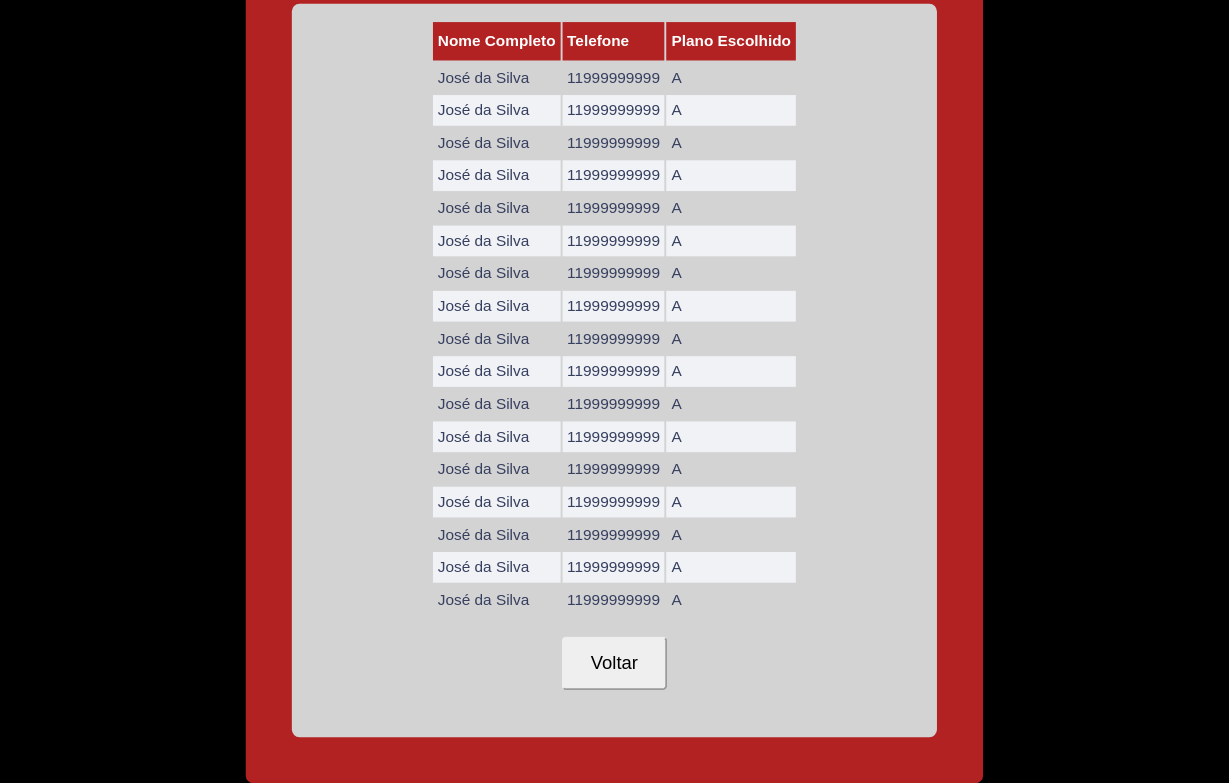
Repository: samantaProspero/projeto_integrador
Page: Versão Atual/PI_Vanila/clientes.html
An editor plug-in stored every save of this project. The page is shown before and after the next save, followed by the edit.
The browser window is 1280 px wide. The pictures show the whole page, at 96% of full size.

Above is the page before, as saved 2021-11-06 15:13:01.

### Versão Atual/PI_Vanila/clientes.html
<!DOCTYPE html>
<html lang="pt-BR">
<head>
  <meta charset="UTF-8">
  <meta http-equiv="X-UA-Compatible" content="IE=edge">
  <meta name="viewport" content="width=device-width, initial-scale=1.0">
  <link rel="stylesheet" type="text/css" href="_css/global.css">
  <link rel="stylesheet" type="text/css" href="_css/clientes.css">
  <title>D Lions</title>
</head>
<body id="clientes-container">
  <section class="clientes-content">
    <p>CLIENTES</p>
    <nav class="clientes-painel">
      <div class="clientes-lista">

        <div class="area-clientes">
          <table>
            <thead>
              <th>Nome Completo</th>
              <th>Telefone</th>
              <th>Plano Escolhido</th>
            </thead>
            <tbody>
              <tr>
                <td>José da Silva</td>
                <td>11999999999</td>
                <td>A</td>
              </tr>
              <tr>
                <td>José da Silva</td>
                <td>11999999999</td>
                <td>A</td>
              </tr>
              <tr>
                <td>José da Silva</td>
                <td>11999999999</td>
                <td>A</td>
              </tr>
              <tr>
                <td>José da Silva</td>
                <td>11999999999</td>
                <td>A</td>
              </tr>
              <tr>
                <td>José da Silva</td>
                <td>11999999999</td>
                <td>A</td>
              </tr>
              <tr>
                <td>José da Silva</td>
                <td>11999999999</td>
                <td>A</td>
              </tr>
              <tr>
                <td>José da Silva</td>
                <td>11999999999</td>
                <td>A</td>
              </tr>
              <tr>
                <td>José da Silva</td>
                <td>11999999999</td>
                <td>A</td>
              </tr>
              <tr>
                <td>José da Silva</td>
                <td>11999999999</td>
                <td>A</td>
              </tr>
              <tr>
                <td>José da Silva</td>
                <td>11999999999</td>
                <td>A</td>
              </tr>
              <tr>
                <td>José da Silva</td>
                <td>11999999999</td>
                <td>A</td>
              </tr>
              <tr>
                <td>José da Silva</td>
                <td>11999999999</td>
                <td>A</td>
              </tr>
              <tr>
                <td>José da Silva</td>
                <td>11999999999</td>
                <td>A</td>
              </tr>
              <tr>
                <td>José da Silva</td>
                <td>11999999999</td>
                <td>A</td>
              </tr>
              <tr>
                <td>José da Silva</td>
                <td>11999999999</td>
                <td>A</td>
              </tr>
              <tr>
                <td>José da Silva</td>
                <td>11999999999</td>
                <td>A</td>
              </tr>
              <tr>
                <td>José da Silva</td>
                <td>11999999999</td>
                <td>A</td>
              </tr>
              <!-- <tr>
                <td>José da Silva</td>
                <td>11999999999</td>
                <td>A</td>
              </tr>
              <tr>
                <td>José da Silva José da Silv</td>
                <td>11999999999</td>
                <td>A</td>
              </tr>
              <tr>
                <td>José da Silva</td>
                <td>11999999999</td>
                <td>A</td>
              </tr>
              <tr>
                <td>José da Silva</td>
                <td>11999999999</td>
                <td>A</td>
              </tr>
              <tr>
                <td>José da Silva</td>
                <td>11999999999</td>
                <td>A</td>
              </tr>
              <tr>
                <td>José da Silva</td>
                <td>11999999999</td>
                <td>A</td>
              </tr>
              <tr>
                <td>José da Silva</td>
                <td>11999999999</td>
                <td>A</td>
              </tr>
              <tr>
                <td>José da Silva</td>
                <td>11999999999</td>
                <td>A</td>
              </tr>
              <tr>
                <td>José da Silva</td>
                <td>11999999999</td>
                <td>A</td>
              </tr>
              <tr>
                <td>José da Silva</td>
                <td>11999999999</td>
                <td>A</td>
              </tr>
              <tr>
                <td>José da Silva</td>
                <td>11999999999</td>
                <td>A</td>
              </tr>
              <tr>
                <td>José da Silva</td>
                <td>11999999999</td>
                <td>A</td>
              </tr> -->
            </tbody>
          </table>
          <button>Voltar</button>
        </div>
      </div>
    </nav>
  </section>
</body>
</html>

### Versão Atual/PI_Vanila/_css/global.css
  :root{
    --red: #E52E4D;
    --green: #33CC95;
    --blue: #5429CC;
    --blue-light: #6933FF;
    --text-title: #363F5F;
    --text-body: #969CB2;
    --background: #f0f2f5;
    --shape: #FFFFFF;
    --primary_dark: #363F5F;
  --secondary_dark: #000000;
    --primary: #FF0000;
    --bg_home: #B22222;
    --bg_cadastro:#A52A2A;
    --icon: #6495ED;
    --bg_frame: #D3D3D3;
  }
  /* font verdana 8 bold */

  *{
    margin: 0;
    padding: 0;
    box-sizing: border-box;
  }

  /* // font-size: 16px (Desktop) */
  html{
    @media (max-width: 1080px){
      font-size: 93.75%; //15px
    }
    @media (max-width: 720px){
      font-size: 87.5%;  //14px
    }
  }
  /* //REM = 1rem = 16px */
  body{
    background: var(--secondary_dark);
    -webkit-font-smoothing: antialiased;
  }

  body, input, textarea, button {
    font-family: 'Poppins', sans-serif;
    font-weight: 400;
  }

  h1, h2, h3, h4, h5, h6, strong {
    font-weight: 600;
  }

  button {
    cursor: pointer;
  }



  /* [disabled] {
    opacity: 0.6;
    cursor: not-allowed;
  }

  .react-modal-overlay{
    background: rgba(0,0,0,0.5);
    position: fixed;

    top: 0;
    bottom: 0;
    right: 0;
    left: 0;

    display: flex;
    align-items: center;
    justify-content: center;
  }

  .react-modal-content{
    width: 100%;
    max-width: 576px;
    background: var(--background);
    padding: 3rem;
    position: relative;
    border-radius: 0.25rem;
  }

  .react-modal-close{
    position: absolute;
    right: 1.5rem;
    top: 1.5rem;
    border: 0;
    background: transparent;
    transition: 0.2s; */

    /* &:hover{
      filter: brightness(0.9)
    }
  } */

### Versão Atual/PI_Vanila/_css/clientes.css
#clientes-container {
  width: 100vw;
  height: 100vh;
  display: flex;
  flex-direction: column;
  align-items: center;
  justify-content: center;
}
.clientes-content {
  width: 60vw;
  max-width: 1000px;
  display: flex;
  flex-direction: column;
  justify-content: center;
  align-items: center;
  padding: 3rem;
  border-radius: 8px;
  background-color: var(--bg_home);
}
.clientes-content p {
  color: var(--shape);
  font-size: 1.5rem;
  text-align: center;
  padding-bottom: 1.5rem;
}
.clientes-painel {
  width: 100%;
}
.clientes-lista {
  width: 100%;
  background-color: var(--bg_frame);
  display: flex;
  justify-content: space-around;
  align-items: center;
  padding: 1.5rem;
  border-radius: 8px;

  padding-top: 0.7rem;
}

.area-clientes {
  overflow-x:auto;
  display: flex;
  /* flex: 1; */
  flex-direction: column;
  align-items: center;
  justify-content: space-between;
  padding: 5px;

}
.area-clientes table {
  width: 100%;
}
.area-clientes table th, td{
  text-align: left;
  padding: 5px;
}
.area-clientes table thead{
  background-color: var(--bg_home);
  /* opacity: 0.8; */
  height: 2.5rem;
  color: var(--shape);
}
.area-clientes tr:nth-child(even) {
  background-color: var(--background)
}
.area-clientes tr:hover {
  background-color: var(--bg_home);
  color: var(--shape);
}
.area-clientes table td{
  height: 2rem;
  color: var(--primary_dark);
}
.area-clientes  button{
  /* width: 8rem; */
  height: 3.5rem;
  font-size: 1.2rem;
  padding: 0.8rem 1.8rem;
  border-radius: 5px;
  margin: 20px;
  border-color: var(--text);
}

After the next save:
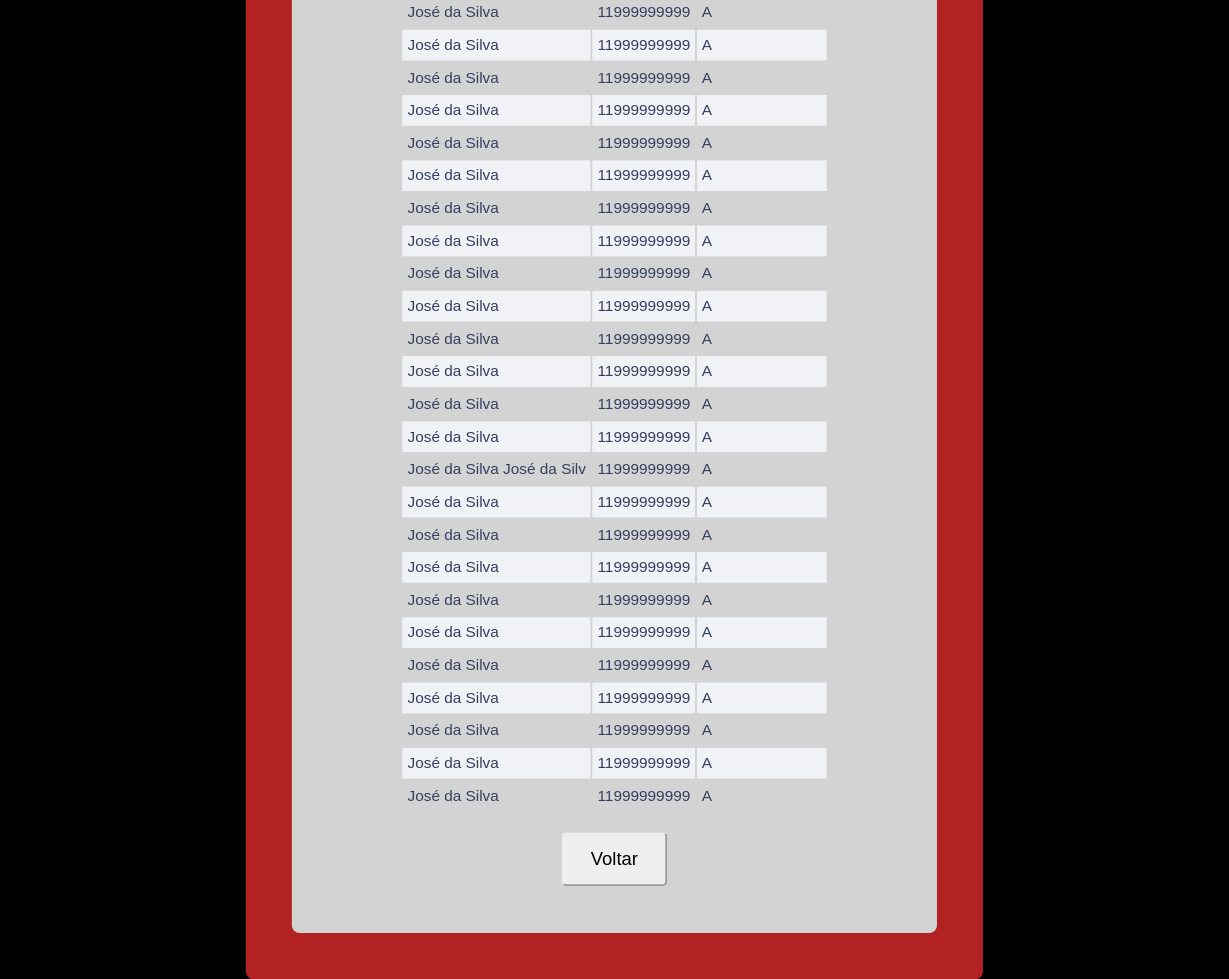
Saved 11 s later.
--- a/Versão Atual/PI_Vanila/clientes.html
+++ b/Versão Atual/PI_Vanila/clientes.html
@@ -107,7 +107,7 @@
                 <td>11999999999</td>
                 <td>A</td>
               </tr>
-              <!-- <tr>
+              <tr>
                 <td>José da Silva</td>
                 <td>11999999999</td>
                 <td>A</td>
@@ -166,7 +166,7 @@
                 <td>José da Silva</td>
                 <td>11999999999</td>
                 <td>A</td>
-              </tr> -->
+              </tr>
             </tbody>
           </table>
           <button>Voltar</button>
